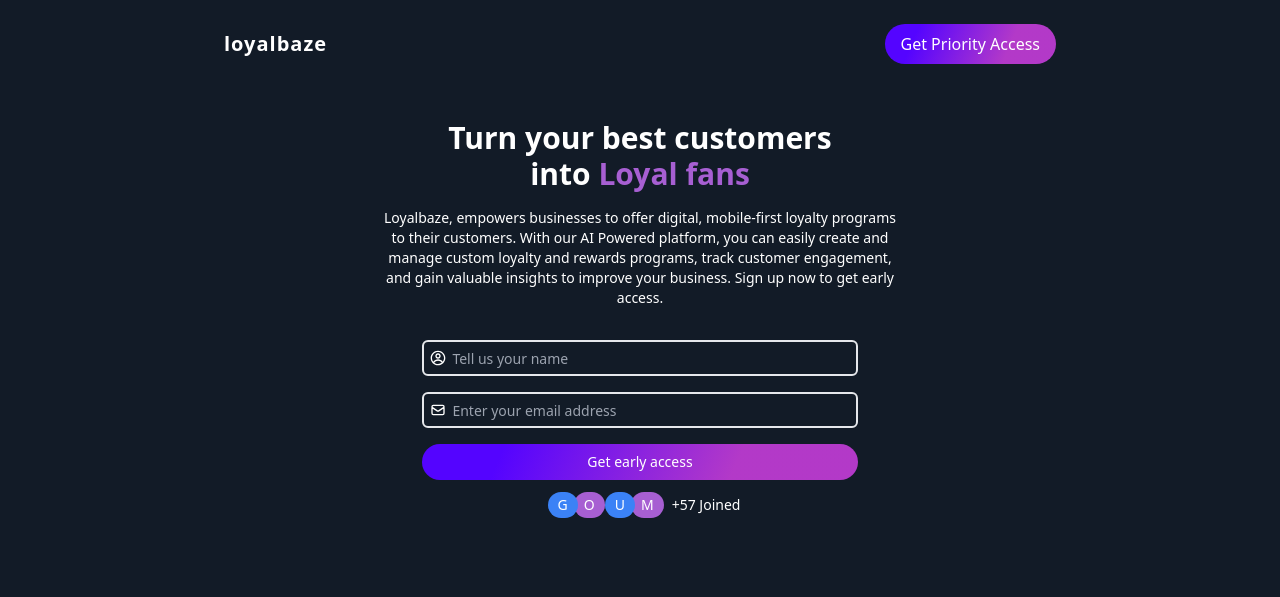
Repository: Jerified/loyalbaze
Page: /
These files come from the project's save history. The page is drawn as it stood at one moment and after a run of saves; the edit follows.
The browser window is 1280 px wide. The pictures show the whole page.
The project was rebuilt for these pictures with package versions that can differ from the ones it lists, and the page was loaded fresh each time. The framework's server and built-in components were replaced by stand-ins that run in the browser. Also part of the build but not shown: next.config.js.

Above is the page before, as saved 2023-02-10 23:30:27.

After the next 2 saves:
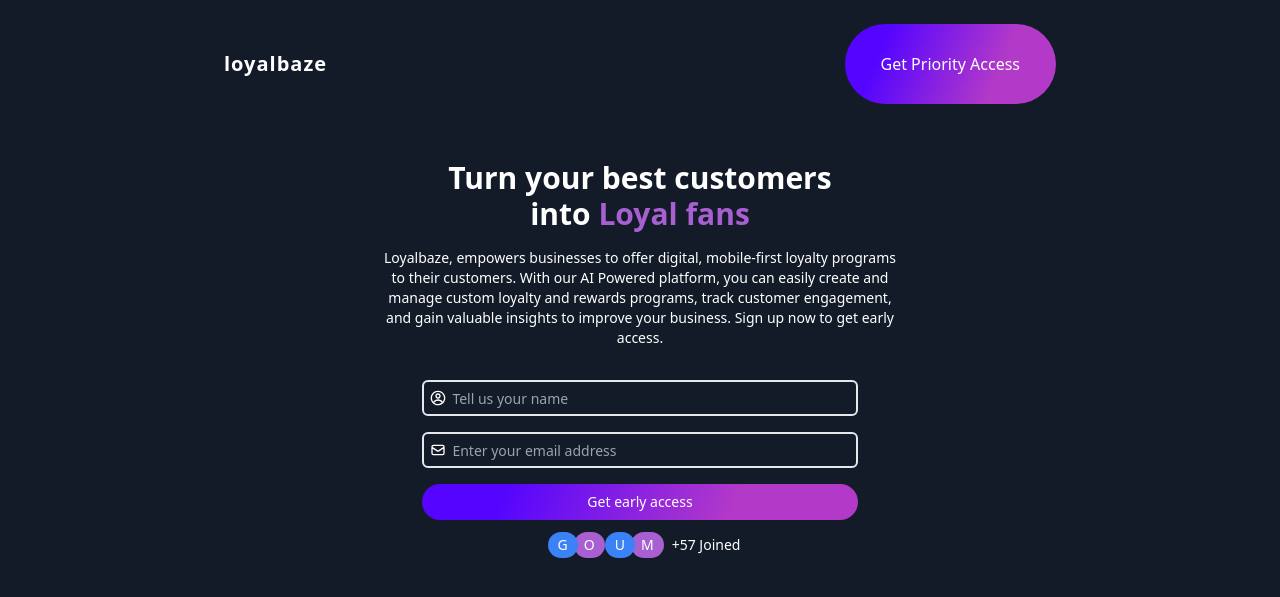
The 2 saves are shown as one change because they came seconds apart.
The last was saved 13 s later.
--- a/src/components/Header.tsx
+++ b/src/components/Header.tsx
@@ -9,7 +9,7 @@ export default function Header() {
       <div className="text-xl font-semibold tracking-wider ">loyalbaze</div>
 
       <button className=" px-3 py-1 rounded-full bg-[linear-gradient(112.92deg,_#5404FF_18.35%,rgba(189,_59,_210,_0.94)_71.49%)]">
-        <div className="bg-inherit p-1">Get Priority Access</div>
+        <div className="bg-inherit p-6">Get Priority Access</div>
       </button>
     </div>
   );
